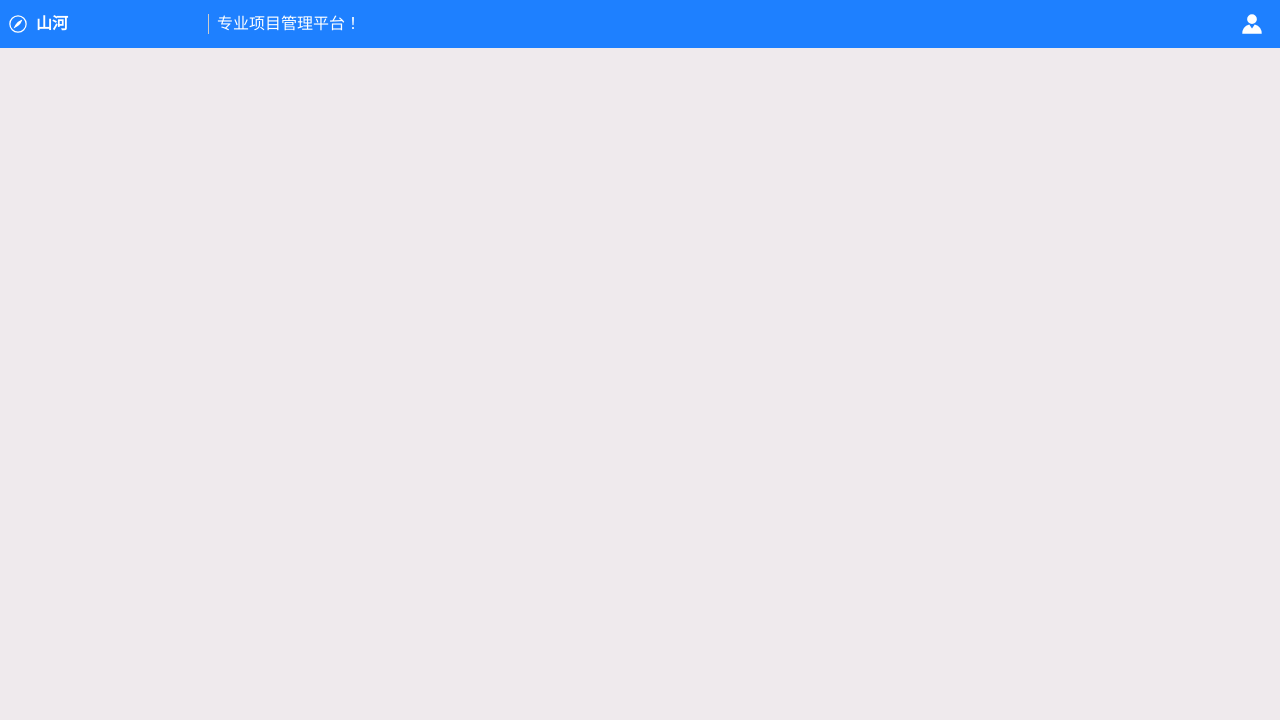
Repository: lucky-LoL735/lois
Page: / (app in vue3-project/)
These files come from the project's save history. The page is drawn as it stood at one moment and after the next save; the edit follows.
The browser window is 1280 px wide. The pictures show the whole page.
The project was rebuilt for these pictures with package versions that can differ from the ones it lists, and the page was loaded fresh each time. Also part of the build but not shown: vue3-project/vue.config.js.

Above is the page before, as saved 2022-11-25 10:10:04.

### vue3-project/src/main.js
import { createApp } from 'vue'
import App from './App.vue'
import router from './router'
import store from './store'
import ElementPlus from 'element-plus'
import 'element-plus/dist/index.css'

import * as ElementPlusIconsVue from '@element-plus/icons-vue'
const app = createApp(App)
app.use(ElementPlus)

for (const [key, component] of Object.entries(ElementPlusIconsVue)) {
  app.component(key, component)
}
app.use(store).use(router).mount('#app')

### vue3-project/src/App.vue
<template>
  <div class="container">
    <!-- 头部导航 -->
    <header>
      <div class="logo">
        <Compass style="width: 20px; height: 20px; margin-right: 8px" /><span>山河</span>
      </div>
      <div class="slogo">
        <p class="line"></p>
        <p class="slogo-content">专业项目管理平台！</p>
      </div>
      <div class="userinfo">
        <el-dropdown trigger="hover">
          <Avatar class="avatar" />
          <template #dropdown>
            <el-dropdown-menu>
              <el-dropdown-item>我的消息</el-dropdown-item>
              <el-dropdown-item>设置</el-dropdown-item>
              <el-dropdown-item divided>退出登录</el-dropdown-item>
            </el-dropdown-menu>
          </template>
        </el-dropdown>
      </div>

    </header>
    <!-- 左侧导航 -->
    <aside class="nav">
    </aside>
  </div>
</template>

<style lang="scss">
* {
  margin: 0px;
  padding: 0px;
}
#app {
  font-family: Avenir, Helvetica, Arial, sans-serif;
  -webkit-font-smoothing: antialiased;
  -moz-osx-font-smoothing: grayscale;
  text-align: center;
  color: #2c3e50;
}
body {
  background-color: #efeaed;
}
</style>
<style scoped lang="scss">
.container {
  header {
    position: fixed;
    top: 0;
    height: 48px;
    line-height: 48px;
    width: 100%;
    background: #1e80ff;
    color: #fff;
    z-index: 1000;
    display: flex;

    .logo {
      height: 100%;
      width: 100%;
      display: flex;
      align-items: center;
      width: 200px;
      padding-left: 8px;
      font-weight: bold;

      span {
        font-size: 16px;
      }
    }

    .slogo {
      flex: 1;
      display: flex;
      align-items: center;

      p.line {
        height: 20px;
        background-color: #ccc;
        width: 1px;
      }

      p.slogo-content {
        margin-left: 8px;
        color: #fff;
      }
    }

    .userinfo {
      display: flex;
      align-items: center;
      padding-right: 16px;
      flex: 1;
      justify-content: flex-end;

      .avatar {
        width: 24px;
        height: 24px;
        cursor: pointer;
        color: #fff;
      }
    }

  }
}
</style>

### vue3-project/src/router/index.js
import { createRouter, createWebHistory } from 'vue-router'
// import HomeView from '../views/HomeView.vue'

const routes = [
  {
    path: '/',
    icon: 'Management',
    name: '项目管理',
    component: null,
    children: []
  },
  {
    path: '/about',
    name: 'about',
    // route level code-splitting
    // this generates a separate chunk (about.[hash].js) for this route
    // which is lazy-loaded when the route is visited.
    component: () => import(/* webpackChunkName: "about" */ '../views/AboutView.vue')
  }
]

const router = createRouter({
  history: createWebHistory(process.env.BASE_URL),
  routes
})

export default router

Loaded but not shown: vue3-project/public/index.html (common file); vue3-project/src/store/index.js (common file)

After the next save:
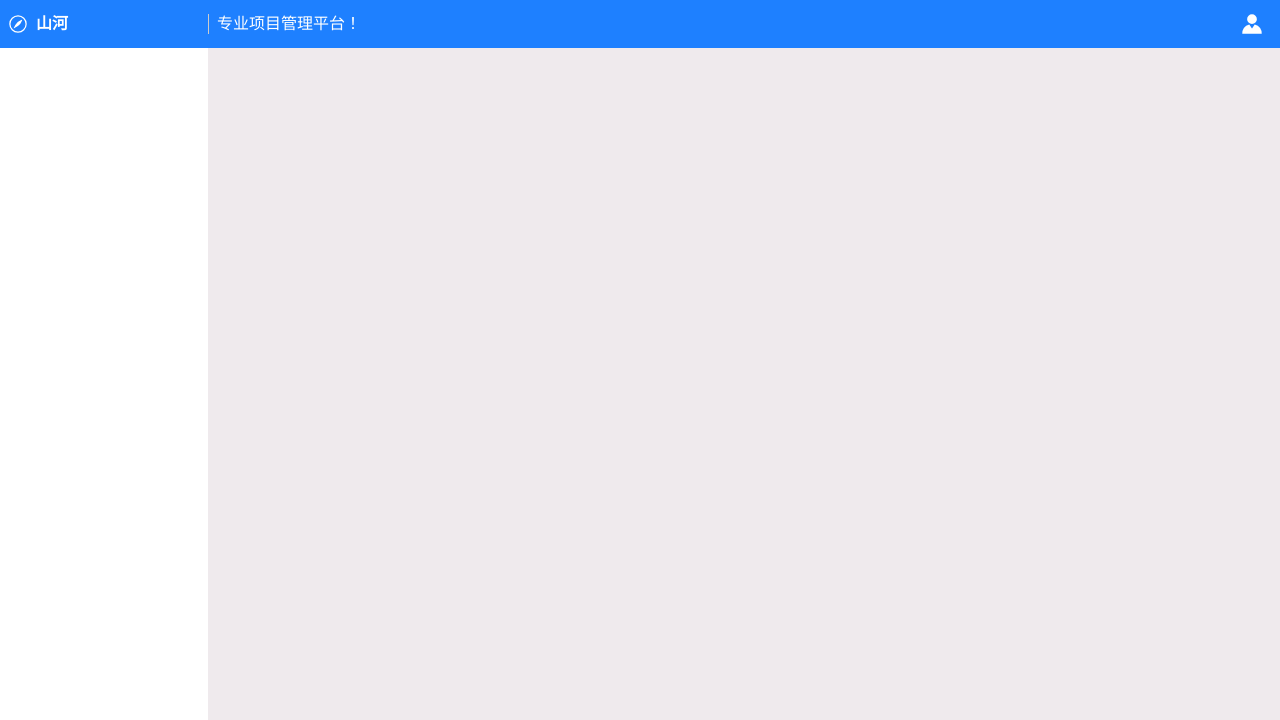
Saved 49 s later.
--- a/vue3-project/src/App.vue
+++ b/vue3-project/src/App.vue
@@ -105,5 +105,13 @@ body {
     }
 
   }
+     // 增加nav类
+     .nav {
+       position: fixed;
+       top: 48px;
+       background-color: #fff;
+       bottom: 0;
+       width: 208px;
+     }
 }
 </style>
